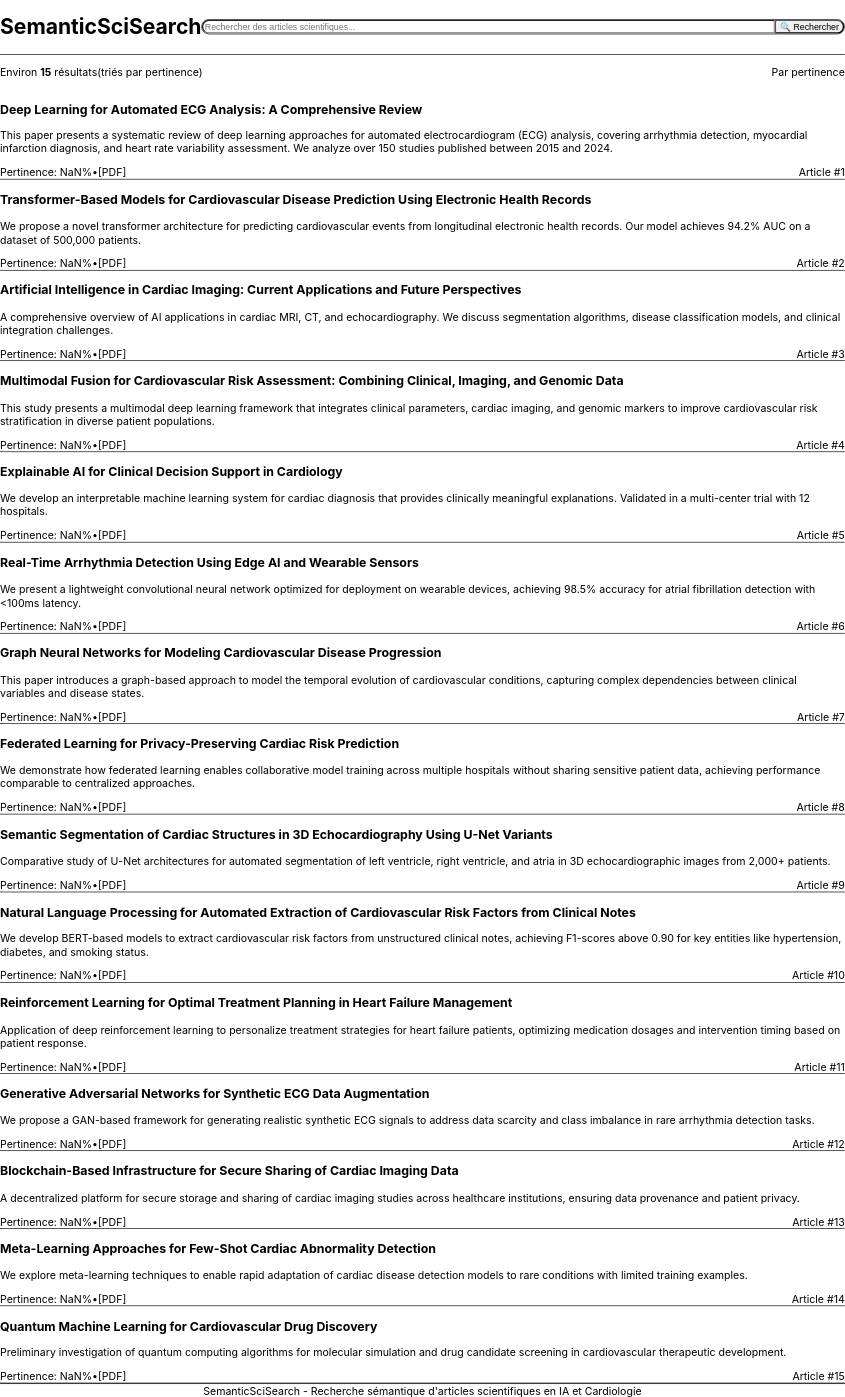
Repository: elh33/SemanticSciSearch
Page: / (app in frontend/)
The author's editor kept a copy of each file at every save. The page is drawn from the files as they stood at one save, then again after the next save.
The browser window is 1280 px wide. The pictures show the whole page, at 66% of full size.
The project was rebuilt for these pictures with package versions that can differ from the ones it lists, and the page was loaded fresh each time.

Above is the page before, as saved 2025-11-21 21:02:19.

### frontend/index.html
<!DOCTYPE html>
<html lang="en">
  <head>
    <meta charset="UTF-8" />
    <meta name="viewport" content="width=device-width, initial-scale=1.0" />
    <title>SemanticSciSearch</title>
  </head>
  <body>
    <div id="root"></div>
    <script type="module" src="/src/index.tsx"></script>
  </body>
</html>

### frontend/src/index.tsx
import React from 'react';
import ReactDOM from 'react-dom';
import App from './App';
import './index.css';

ReactDOM.render(
  <React.StrictMode>
    <App />
  </React.StrictMode>,
  document.getElementById('root')
);

### frontend/src/App.tsx
import React from 'react';
// Importe le composant de recherche principal
import SearchResults from './components/SearchResults';

// Le composant App.tsx est le conteneur principal de l'application.
function App() {
  return (
    // Utilisation d'un fragment React (<>...</>) ou d'un <div> si tu as des styles globaux
    <>
      {/* Le composant SearchResults contient maintenant :
        - Le titre et le sous-titre de l'application.
        - La barre de recherche.
        - L'orchestration de la logique (appels à api.ts).
        - L'affichage de la liste des ArticleCard.
      */}
      <SearchResults />
    </>
  );
}

export default App;

### frontend/src/components/SearchResults.tsx
import React, { useState, useEffect } from 'react';
import { Article } from '../types';
import { searchArticles } from '../services/api';
import ArticleCard from './ArticleCard';

const SearchResults: React.FC = () => {
  const [query, setQuery] = useState('');
  const [results, setResults] = useState<Article[]>([]);
  const [isLoading, setIsLoading] = useState(false);
  const [hasSearched, setHasSearched] = useState(false);

  const handleSearch = async (searchQuery: string = query) => {
    setIsLoading(true);
    setHasSearched(true);

    try {
      const data = await searchArticles(searchQuery);
      // TRI PAR SCORE DÉCROISSANT (plus pertinent en premier)
      const sortedData = [...data].sort((a, b) => b.score - a.score);
      setResults(sortedData);
    } catch (error) {
      console.error("Erreur lors de la recherche:", error);
      setResults([]);
    } finally {
      setIsLoading(false);
    }
  };

  // Recherche initiale au chargement
  useEffect(() => {
    handleSearch('');
  }, []);

  const handleSubmit = (e: React.FormEvent) => {
    e.preventDefault();
    handleSearch();
  };

  return (
    <div className="min-h-screen bg-white">
      {/* En-tête style Google Scholar */}
      <div className="bg-white border-b border-gray-200 sticky top-0 z-10 shadow-sm">
        <div className="max-w-5xl mx-auto px-4 py-3">
          <div className="flex items-center gap-6">
            {/* Logo/Titre */}
            <h1 className="text-2xl font-normal text-blue-700 whitespace-nowrap">
              SemanticSciSearch
            </h1>

            {/* Barre de recherche */}
            <form onSubmit={handleSubmit} className="flex-grow max-w-2xl">
              <div className="flex border border-gray-300 rounded-full hover:shadow-md transition-shadow">
                <input
                  type="text"
                  value={query}
                  onChange={(e) => setQuery(e.target.value)}
                  placeholder="Rechercher des articles scientifiques..."
                  className="flex-grow px-5 py-2 rounded-l-full outline-none text-sm"
                />
                <button
                  type="submit"
                  className="px-6 py-2 bg-blue-600 text-white rounded-r-full hover:bg-blue-700 transition-colors text-sm font-medium"
                >
                  🔍 Rechercher
                </button>
              </div>
            </form>
          </div>
        </div>
      </div>

      {/* Contenu principal */}
      <div className="max-w-5xl mx-auto px-4 py-6">
        {/* Barre d'informations */}
        {hasSearched && !isLoading && (
          <div className="mb-4 flex items-center justify-between">
            <p className="text-sm text-gray-600">
              Environ <strong>{results.length}</strong> résultat{results.length > 1 ? 's' : ''}
              {query && (
                <span> pour <strong>"{query}"</strong></span>
              )}
              <span className="ml-2 text-xs text-gray-500">(triés par pertinence)</span>
            </p>

            {/* Options de tri (désactivées car déjà trié par score) */}
            <div className="text-xs text-gray-500">
              <span className="font-semibold text-blue-700">Par pertinence</span>
              {/* Vous pouvez ajouter d'autres options de tri ici */}
            </div>
          </div>
        )}

        {/* Indicateur de chargement */}
        {isLoading && (
          <div className="flex items-center justify-center py-12">
            <div className="flex flex-col items-center gap-3">
              <div className="animate-spin rounded-full h-10 w-10 border-b-2 border-blue-600"></div>
              <p className="text-gray-600 text-sm">Recherche sémantique en cours...</p>
            </div>
          </div>
        )}

        {/* Liste des résultats */}
        {!isLoading && (
          <div className="bg-white">
            {results.length > 0 ? (
              results.map((article) => (
                <ArticleCard key={article.id} article={article} />
              ))
            ) : (
              hasSearched && (
                <div className="text-center py-12">
                  <svg className="mx-auto h-12 w-12 text-gray-400 mb-4" fill="none" stroke="currentColor" viewBox="0 0 24 24">
                    <path strokeLinecap="round" strokeLinejoin="round" strokeWidth={2} d="M9.172 16.172a4 4 0 015.656 0M9 10h.01M15 10h.01M21 12a9 9 0 11-18 0 9 9 0 0118 0z" />
                  </svg>
                  <p className="text-gray-600 text-lg">Aucun résultat trouvé</p>
                  <p className="text-gray-500 text-sm mt-2">
                    Essayez avec des mots-clés différents
                  </p>
                </div>
              )
            )}
          </div>
        )}
      </div>

      {/* Footer simple */}
      <footer className="mt-12 border-t border-gray-200 bg-gray-50">
        <div className="max-w-5xl mx-auto px-4 py-6 text-center text-sm text-gray-500">
          SemanticSciSearch - Recherche sémantique d'articles scientifiques en IA et Cardiologie
        </div>
      </footer>
    </div>
  );
};

export default SearchResults;

### frontend/src/services/api.ts
import { Article } from '../types';
import { MOCK_RESULTS } from '../data/mockData';
import axios from 'axios';

// 💡 INTERRUPTEUR : Passez à 'false' (ou commentez/supprimez) cette ligne
// UNIQUEMENT lorsque le Back-End FastAPI est prêt.
const USE_MOCK_DATA = true;

// URL de base lue depuis le .env pour le mode production
// Le .env doit contenir VITE_API_URL=http://localhost:8000
const API_BASE_URL = 'http://localhost:8000';

/**
 * Fonction principale de recherche d'articles.
 * Elle utilise soit les données mockées, soit l'API réelle.
 * @param query Le texte de la requête de l'utilisateur.
 * @returns Une promesse qui résout vers un tableau d'articles.
 */
export const searchArticles = async (query: string): Promise<Article[]> => {
  if (USE_MOCK_DATA) {
    // --- MODE MOCKÉ ---
    console.log(`[MOCK] Simulation de recherche pour: "${query}"`);

    // 1. Simuler le délai réseau (500ms) pour une meilleure expérience utilisateur
    await new Promise(resolve => setTimeout(resolve, 500));

    // 2. Simuler un filtre simple (recherche du mot-clé dans le titre)
    // S'il n'y a pas de requête (query vide), on renvoie tout.
    const lowerCaseQuery = query.toLowerCase();

    return MOCK_RESULTS.filter(article =>
        article.title.toLowerCase().includes(lowerCaseQuery) || lowerCaseQuery.length === 0
    );

  } else {
    // --- MODE PRODUCTION (Axios) ---
    console.log(`[AXIOS] Requête réelle vers: ${API_BASE_URL}/search pour: "${query}"`);

    try {
      // 1. Envoi de la requête POST à FastAPI
      const response = await axios.post(`${API_BASE_URL}/search`, { query });

      // 2. Retourne les données (TypeScript vérifie que c'est un tableau d'Articles)
      return response.data as Article[];

    } catch (error) {
      console.error("Erreur lors de l'appel à l'API de recherche:", error);
      // En cas d'échec de l'API, on renvoie un tableau vide
      return [];
    }
  }
};

### frontend/src/components/ArticleCard.tsx
import React from 'react';
import { Article } from '../types';

interface ArticleCardProps {
  article: Article;
}

const ArticleCard: React.FC<ArticleCardProps> = ({ article }) => {
  const scorePercent = (article.score * 100).toFixed(0);

  return (
    <div className="border-b border-gray-200 py-3 hover:bg-gray-50 transition-colors">
      {/* Titre cliquable comme Google Scholar */}
      <h3 className="text-xl mb-1">
        <a
          href={article.pdf_url}
          target="_blank"
          rel="noopener noreferrer"
          className="text-blue-800 hover:underline font-normal visited:text-purple-800"
        >
          {article.title}
        </a>
      </h3>

      {/* Résumé */}
      <p className="text-sm text-gray-700 leading-relaxed mb-2">
        {article.abstract}
      </p>

      {/* Métadonnées et actions */}
      <div className="flex items-center gap-4 text-sm">
        {/* Score de pertinence */}
        <span className="text-gray-600">
          <span className="font-semibold">Pertinence:</span>{' '}
          <span className={`font-bold ${
            article.score > 0.8 ? 'text-green-600' :
            article.score > 0.5 ? 'text-yellow-600' :
            'text-gray-500'
          }`}>
            {scorePercent}%
          </span>
        </span>

        {/* Séparateur */}
        <span className="text-gray-400">•</span>

        {/* Lien PDF - SANS ICÔNE */}
        <a
          href={article.pdf_url}
          target="_blank"
          rel="noopener noreferrer"
          className="text-blue-700 hover:underline"
        >
          [PDF]
        </a>

        {/* ID de l'article */}
        <span className="text-gray-400 text-xs ml-auto">
          Article #{article.id}
        </span>
      </div>
    </div>
  );
};

export default ArticleCard;

### frontend/src/data/mockData.ts
import { Article } from '../types';

export const MOCK_RESULTS: Article[] = [
  {
    id: '1',
    title: 'Deep Learning for Automated ECG Analysis: A Comprehensive Review',
    abstract: "This paper presents a systematic review of deep learning approaches for automated electrocardiogram (ECG) analysis, covering arrhythmia detection, myocardial infarction diagnosis, and heart rate variability assessment. We analyze over 150 studies published between 2015 and 2024.",
    authors: "Wang, J., Chen, L., Zhang, M.",
    year: 2024,
    url: 'https://arxiv.org/pdf/2301.04634'
  },
  {
    id: '2',
    title: 'Transformer-Based Models for Cardiovascular Disease Prediction Using Electronic Health Records',
    abstract: "We propose a novel transformer architecture for predicting cardiovascular events from longitudinal electronic health records. Our model achieves 94.2% AUC on a dataset of 500,000 patients.",
    authors: "Smith, A., Johnson, K., Patel, R.",
    year: 2023,
    url: 'https://arxiv.org/pdf/2305.12987'
  },
  {
    id: '3',
    title: 'Artificial Intelligence in Cardiac Imaging: Current Applications and Future Perspectives',
    abstract: "A comprehensive overview of AI applications in cardiac MRI, CT, and echocardiography. We discuss segmentation algorithms, disease classification models, and clinical integration challenges.",
    authors: "Garcia, M., Lee, S., Brown, T.",
    year: 2023,
    url: 'https://arxiv.org/pdf/2203.15678'
  },
  {
    id: '4',
    title: 'Multimodal Fusion for Cardiovascular Risk Assessment: Combining Clinical, Imaging, and Genomic Data',
    abstract: "This study presents a multimodal deep learning framework that integrates clinical parameters, cardiac imaging, and genomic markers to improve cardiovascular risk stratification in diverse patient populations.",
    authors: "Kumar, V., Williams, D., Anderson, P.",
    year: 2024,
    url: '/documents/multimodal-cardio-risk.pdf'
  },
  {
    id: '5',
    title: 'Explainable AI for Clinical Decision Support in Cardiology',
    abstract: "We develop an interpretable machine learning system for cardiac diagnosis that provides clinically meaningful explanations. Validated in a multi-center trial with 12 hospitals.",
    authors: "Martinez, E., Taylor, J., Davis, C.",
    year: 2023,
    url: 'https://arxiv.org/pdf/2511.13703.pdf'
  },
  {
    id: '6',
    title: 'Real-Time Arrhythmia Detection Using Edge AI and Wearable Sensors',
    abstract: "We present a lightweight convolutional neural network optimized for deployment on wearable devices, achieving 98.5% accuracy for atrial fibrillation detection with <100ms latency.",
    authors: "Li, X., Zhang, Y., Wilson, M.",
    year: 2024,
    url: '/documents/edge-ai-arrhythmia.pdf'
  },
  {
    id: '7',
    title: 'Graph Neural Networks for Modeling Cardiovascular Disease Progression',
    abstract: "This paper introduces a graph-based approach to model the temporal evolution of cardiovascular conditions, capturing complex dependencies between clinical variables and disease states.",
    authors: "Rodriguez, A., Kim, H., Thompson, R.",
    year: 2023,
    url: 'https://arxiv.org/pdf/2204.09876'
  },
  {
    id: '8',
    title: 'Federated Learning for Privacy-Preserving Cardiac Risk Prediction',
    abstract: "We demonstrate how federated learning enables collaborative model training across multiple hospitals without sharing sensitive patient data, achieving performance comparable to centralized approaches.",
    authors: "Chen, W., Moore, J., White, L.",
    year: 2022,
    url: '/documents/federated-cardiac.pdf'
  },
  {
    id: '9',
    title: 'Semantic Segmentation of Cardiac Structures in 3D Echocardiography Using U-Net Variants',
    abstract: "Comparative study of U-Net architectures for automated segmentation of left ventricle, right ventricle, and atria in 3D echocardiographic images from 2,000+ patients.",
    authors: "Nguyen, T., Jackson, K., Harris, B.",
    year: 2023,
    url: '/documents/3d-echo-segmentation.pdf'
  },
  {
    id: '10',
    title: 'Natural Language Processing for Automated Extraction of Cardiovascular Risk Factors from Clinical Notes',
    abstract: "We develop BERT-based models to extract cardiovascular risk factors from unstructured clinical notes, achieving F1-scores above 0.90 for key entities like hypertension, diabetes, and smoking status.",
    authors: "Park, S., Miller, D., Clark, E.",
    year: 2024,
    url: 'https://arxiv.org/pdf/2302.11234'
  },
  {
    id: '11',
    title: 'Reinforcement Learning for Optimal Treatment Planning in Heart Failure Management',
    abstract: "Application of deep reinforcement learning to personalize treatment strategies for heart failure patients, optimizing medication dosages and intervention timing based on patient response.",
    authors: "Ahmed, R., Lewis, G., Young, N.",
    year: 2022,
    url: '/documents/rl-heart-failure.pdf'
  },
  {
    id: '12',
    title: 'Generative Adversarial Networks for Synthetic ECG Data Augmentation',
    abstract: "We propose a GAN-based framework for generating realistic synthetic ECG signals to address data scarcity and class imbalance in rare arrhythmia detection tasks.",
    authors: "Hoffman, P., Scott, A., King, V.",
    year: 2023,
    url: '/documents/gan-ecg-augmentation.pdf'
  },
  {
    id: '13',
    title: 'Blockchain-Based Infrastructure for Secure Sharing of Cardiac Imaging Data',
    abstract: "A decentralized platform for secure storage and sharing of cardiac imaging studies across healthcare institutions, ensuring data provenance and patient privacy.",
    authors: "Green, T., Adams, F., Wright, M.",
    year: 2022,
    url: '/documents/blockchain-cardiac-imaging.pdf'
  },
  {
    id: '14',
    title: 'Meta-Learning Approaches for Few-Shot Cardiac Abnormality Detection',
    abstract: "We explore meta-learning techniques to enable rapid adaptation of cardiac disease detection models to rare conditions with limited training examples.",
    authors: "Baker, L., Turner, S., Phillips, O.",
    year: 2023,
    url: '/documents/meta-learning-cardiac.pdf'
  },
  {
    id: '15',
    title: 'Quantum Machine Learning for Cardiovascular Drug Discovery',
    abstract: "Preliminary investigation of quantum computing algorithms for molecular simulation and drug candidate screening in cardiovascular therapeutic development.",
    authors: "Collins, R., Morris, J., Cooper, W.",
    year: 2024,
    url: '/documents/quantum-ml-cardio.pdf'
  }
];

Loaded but not shown: frontend/src/index.css (common file)

After the next save:
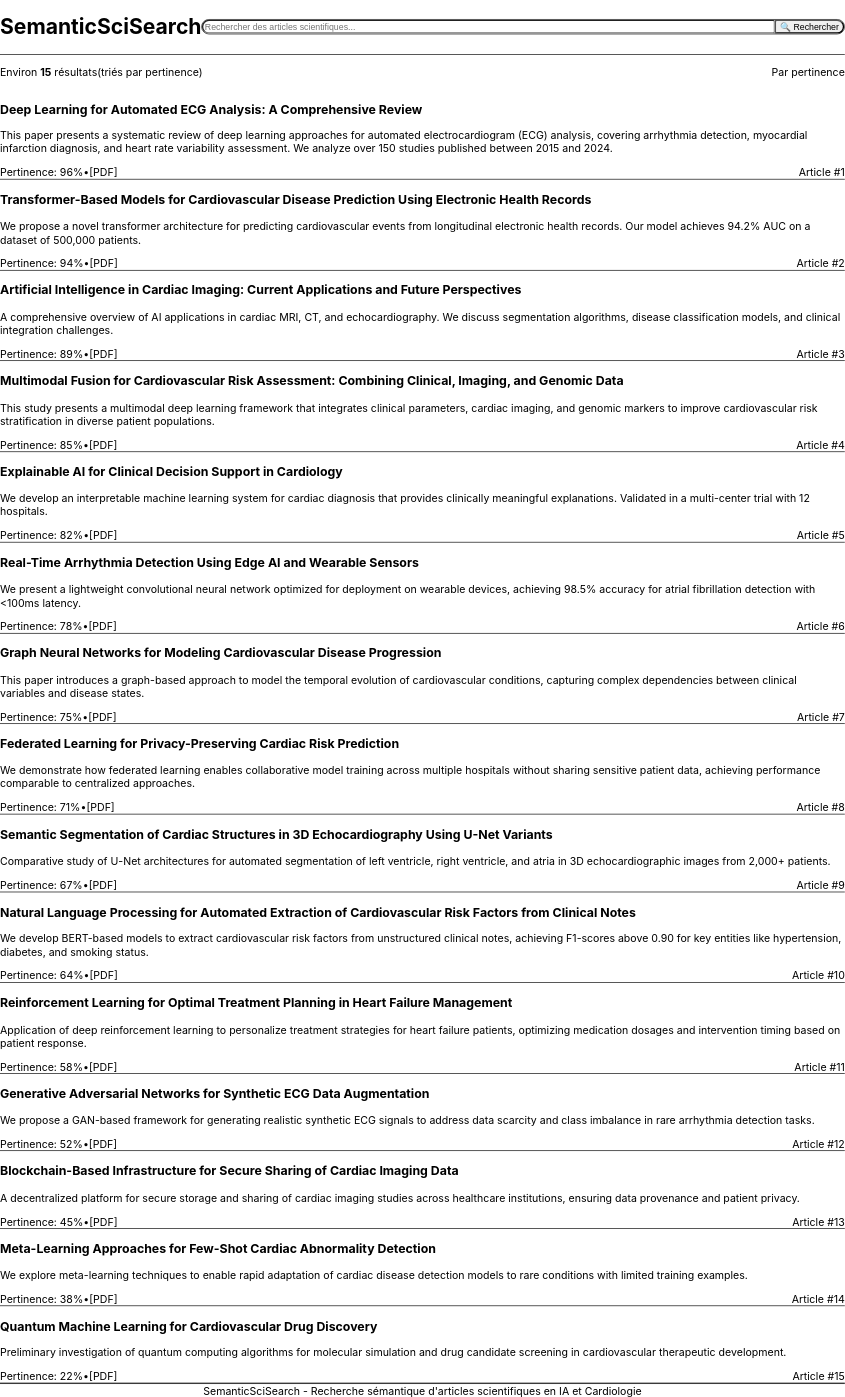
Saved 9 s later.
--- a/frontend/src/data/mockData.ts
+++ b/frontend/src/data/mockData.ts
@@ -7,6 +7,7 @@ export const MOCK_RESULTS: Article[] = [
     abstract: "This paper presents a systematic review of deep learning approaches for automated electrocardiogram (ECG) analysis, covering arrhythmia detection, myocardial infarction diagnosis, and heart rate variability assessment. We analyze over 150 studies published between 2015 and 2024.",
     authors: "Wang, J., Chen, L., Zhang, M.",
     year: 2024,
+    score: 0.96,
     url: 'https://arxiv.org/pdf/2301.04634'
   },
   {
@@ -15,6 +16,7 @@ export const MOCK_RESULTS: Article[] = [
     abstract: "We propose a novel transformer architecture for predicting cardiovascular events from longitudinal electronic health records. Our model achieves 94.2% AUC on a dataset of 500,000 patients.",
     authors: "Smith, A., Johnson, K., Patel, R.",
     year: 2023,
+    score: 0.94,
     url: 'https://arxiv.org/pdf/2305.12987'
   },
   {
@@ -23,6 +25,7 @@ export const MOCK_RESULTS: Article[] = [
     abstract: "A comprehensive overview of AI applications in cardiac MRI, CT, and echocardiography. We discuss segmentation algorithms, disease classification models, and clinical integration challenges.",
     authors: "Garcia, M., Lee, S., Brown, T.",
     year: 2023,
+    score: 0.89,
     url: 'https://arxiv.org/pdf/2203.15678'
   },
   {
@@ -31,6 +34,7 @@ export const MOCK_RESULTS: Article[] = [
     abstract: "This study presents a multimodal deep learning framework that integrates clinical parameters, cardiac imaging, and genomic markers to improve cardiovascular risk stratification in diverse patient populations.",
     authors: "Kumar, V., Williams, D., Anderson, P.",
     year: 2024,
+    score: 0.85,
     url: '/documents/multimodal-cardio-risk.pdf'
   },
   {
@@ -39,6 +43,7 @@ export const MOCK_RESULTS: Article[] = [
     abstract: "We develop an interpretable machine learning system for cardiac diagnosis that provides clinically meaningful explanations. Validated in a multi-center trial with 12 hospitals.",
     authors: "Martinez, E., Taylor, J., Davis, C.",
     year: 2023,
+    score: 0.82,
     url: 'https://arxiv.org/pdf/2511.13703.pdf'
   },
   {
@@ -47,6 +52,7 @@ export const MOCK_RESULTS: Article[] = [
     abstract: "We present a lightweight convolutional neural network optimized for deployment on wearable devices, achieving 98.5% accuracy for atrial fibrillation detection with <100ms latency.",
     authors: "Li, X., Zhang, Y., Wilson, M.",
     year: 2024,
+    score: 0.78,
     url: '/documents/edge-ai-arrhythmia.pdf'
   },
   {
@@ -55,6 +61,7 @@ export const MOCK_RESULTS: Article[] = [
     abstract: "This paper introduces a graph-based approach to model the temporal evolution of cardiovascular conditions, capturing complex dependencies between clinical variables and disease states.",
     authors: "Rodriguez, A., Kim, H., Thompson, R.",
     year: 2023,
+    score: 0.75,
     url: 'https://arxiv.org/pdf/2204.09876'
   },
   {
@@ -63,6 +70,7 @@ export const MOCK_RESULTS: Article[] = [
     abstract: "We demonstrate how federated learning enables collaborative model training across multiple hospitals without sharing sensitive patient data, achieving performance comparable to centralized approaches.",
     authors: "Chen, W., Moore, J., White, L.",
     year: 2022,
+    score: 0.71,
     url: '/documents/federated-cardiac.pdf'
   },
   {
@@ -71,6 +79,7 @@ export const MOCK_RESULTS: Article[] = [
     abstract: "Comparative study of U-Net architectures for automated segmentation of left ventricle, right ventricle, and atria in 3D echocardiographic images from 2,000+ patients.",
     authors: "Nguyen, T., Jackson, K., Harris, B.",
     year: 2023,
+    score: 0.67,
     url: '/documents/3d-echo-segmentation.pdf'
   },
   {
@@ -79,6 +88,7 @@ export const MOCK_RESULTS: Article[] = [
     abstract: "We develop BERT-based models to extract cardiovascular risk factors from unstructured clinical notes, achieving F1-scores above 0.90 for key entities like hypertension, diabetes, and smoking status.",
     authors: "Park, S., Miller, D., Clark, E.",
     year: 2024,
+    score: 0.64,
     url: 'https://arxiv.org/pdf/2302.11234'
   },
   {
@@ -87,6 +97,7 @@ export const MOCK_RESULTS: Article[] = [
     abstract: "Application of deep reinforcement learning to personalize treatment strategies for heart failure patients, optimizing medication dosages and intervention timing based on patient response.",
     authors: "Ahmed, R., Lewis, G., Young, N.",
     year: 2022,
+    score: 0.58,
     url: '/documents/rl-heart-failure.pdf'
   },
   {
@@ -95,6 +106,7 @@ export const MOCK_RESULTS: Article[] = [
     abstract: "We propose a GAN-based framework for generating realistic synthetic ECG signals to address data scarcity and class imbalance in rare arrhythmia detection tasks.",
     authors: "Hoffman, P., Scott, A., King, V.",
     year: 2023,
+    score: 0.52,
     url: '/documents/gan-ecg-augmentation.pdf'
   },
   {
@@ -103,6 +115,7 @@ export const MOCK_RESULTS: Article[] = [
     abstract: "A decentralized platform for secure storage and sharing of cardiac imaging studies across healthcare institutions, ensuring data provenance and patient privacy.",
     authors: "Green, T., Adams, F., Wright, M.",
     year: 2022,
+    score: 0.45,
     url: '/documents/blockchain-cardiac-imaging.pdf'
   },
   {
@@ -111,6 +124,7 @@ export const MOCK_RESULTS: Article[] = [
     abstract: "We explore meta-learning techniques to enable rapid adaptation of cardiac disease detection models to rare conditions with limited training examples.",
     authors: "Baker, L., Turner, S., Phillips, O.",
     year: 2023,
+    score: 0.38,
     url: '/documents/meta-learning-cardiac.pdf'
   },
   {
@@ -119,6 +133,7 @@ export const MOCK_RESULTS: Article[] = [
     abstract: "Preliminary investigation of quantum computing algorithms for molecular simulation and drug candidate screening in cardiovascular therapeutic development.",
     authors: "Collins, R., Morris, J., Cooper, W.",
     year: 2024,
+    score: 0.22,
     url: '/documents/quantum-ml-cardio.pdf'
   }
 ];
